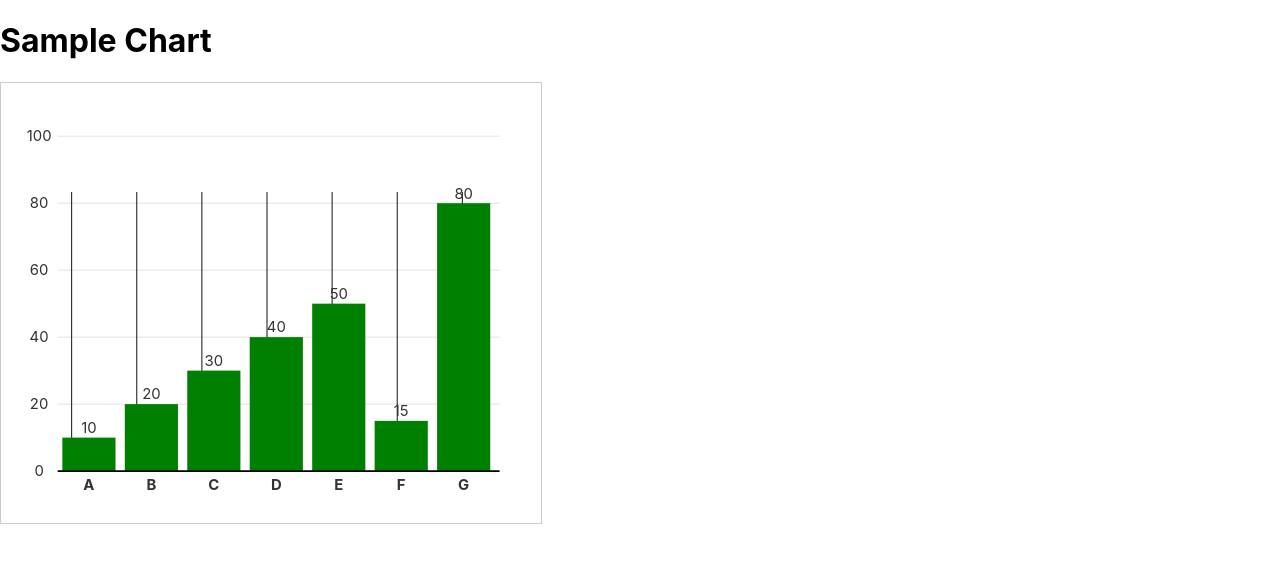
Repository: CaptainJang316/GChart
Page: /
These files come from the project's save history. The page is drawn as it stood at one moment and after a run of saves; the edit follows.
The browser window is 1280 px wide. The pictures show the whole page.
The project was rebuilt for these pictures with package versions that can differ from the ones it lists, and the page was loaded fresh each time. Also part of the build but not shown: src/App.css.

Above is the page before, as saved 2024-11-09 17:18:55.

After the next 2 saves:
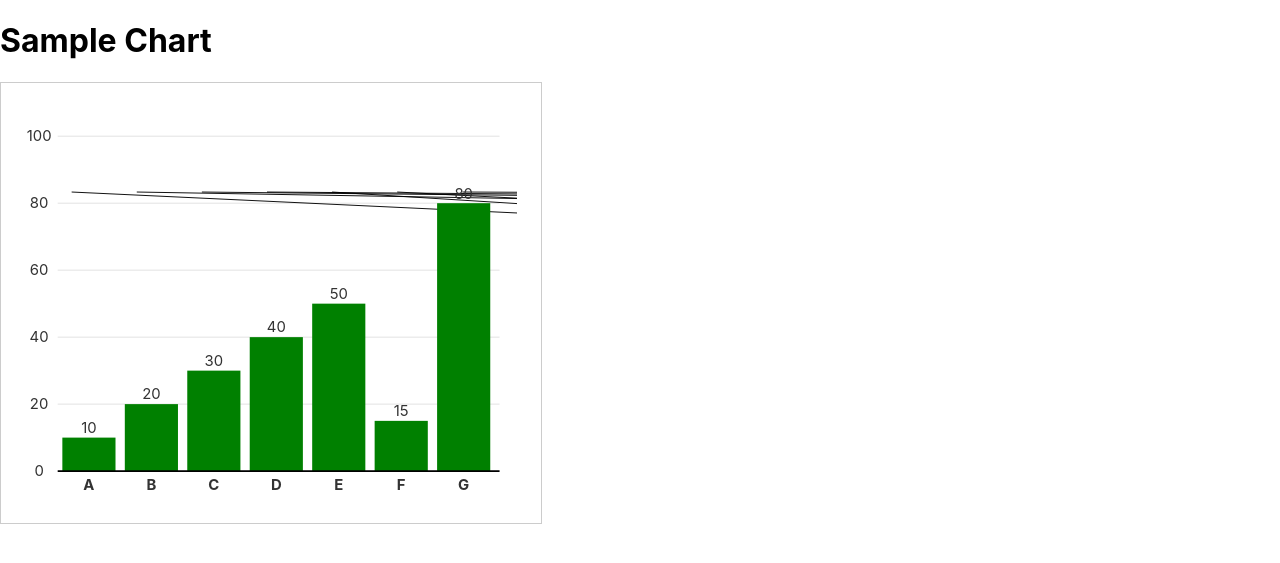
The 2 saves are shown as one change because they came seconds apart.
The last was saved 65 s later.
--- a/src/components/Chart/BarChart.tsx
+++ b/src/components/Chart/BarChart.tsx
@@ -61,7 +61,7 @@ const BarChart: React.FC<Option> = ({
                     {gridLines.vertical.map((el: { id: React.Key | null | undefined; x1: number ; y1: number ; x2: number ; y2: number; }, index: number) => (
                         <line
                             key={el.id}
-                            x1={el.x1}
+                            x1={el.x1 + '1rem'}
                             y1={height}
                             x2={el.x2}
                             y2={100}
